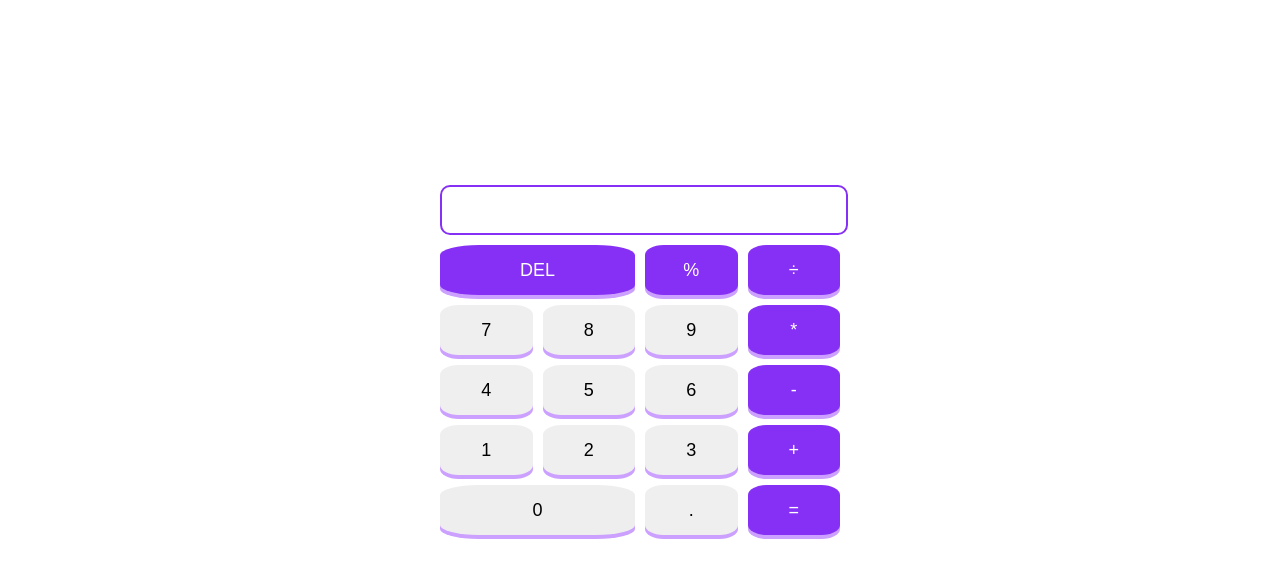
Repository: zlazlazla35/calculator
Page: /
These files come from the project's save history. The page is drawn as it stood at one moment and after the next save; the edit follows.
The browser window is 1280 px wide. The pictures show the whole page.
The project was rebuilt for these pictures with package versions that can differ from the ones it lists, and the page was loaded fresh each time.

Above is the page before, as saved 2024-10-15 16:18:23.

### public/index.html
<!DOCTYPE html>
<html lang="en">
  <head>
    <meta charset="utf-8" />
    <link rel="icon" href="%PUBLIC_URL%/favicon.png" />
    <meta name="viewport" content="width=device-width, initial-scale=1" />
    <meta name="theme-color" content="#000000" />
    <meta
      name="description"
      content="Web site created using create-react-app"
    />
    <link rel="apple-touch-icon" href="%PUBLIC_URL%/logo192.png" />
    <!--
      manifest.json provides metadata used when your web app is installed on a
      user's mobile device or desktop. See https://developers.google.com/web/fundamentals/web-app-manifest/
    -->
    <link rel="manifest" href="%PUBLIC_URL%/manifest.json" />
    <!--
      Notice the use of %PUBLIC_URL% in the tags above.
      It will be replaced with the URL of the `public` folder during the build.
      Only files inside the `public` folder can be referenced from the HTML.

      Unlike "/favicon.ico" or "favicon.ico", "%PUBLIC_URL%/favicon.ico" will
      work correctly both with client-side routing and a non-root public URL.
      Learn how to configure a non-root public URL by running `npm run build`.
    -->
    <title>계산기</title>
  </head>
  <body>
    <noscript>You need to enable JavaScript to run this app.</noscript>
    <div id="root"></div>
    <!--
      This HTML file is a template.
      If you open it directly in the browser, you will see an empty page.

      You can add webfonts, meta tags, or analytics to this file.
      The build step will place the bundled scripts into the <body> tag.

      To begin the development, run `npm start` or `yarn start`.
      To create a production bundle, use `npm run build` or `yarn build`.
    -->
  </body>
</html>

### src/App.js
import styled from "styled-components";
import './App.css';
import {  useEffect, useRef, useState } from 'react';

let Calculating = styled.div`
  width : 100%;
  margin : 0 auto;
`

let Btnbox = styled.div`
  width : 100%
  background-color: #fff;
  font-size : 18px;
  border-radius: 35%;
  display: grid;
  grid-template-columns: repeat(4, 1fr);
  gap : 10px 10px;
`

let Btn = styled.button`
  width : 100%;
  background-color: ${ props => props.bg };
  color : ${props =>  props.bg == '#8630f5' ? '#fff' :  '#000'  };
  font-size : 18px;
  border-radius: 20%;
  height : 50px;
  border: none;
  box-shadow:0px 4px 0px #cca0ff;
  transition-duration: 0.3s;
`

let ZeroBtn = styled.button`
  width : 100%;
  background-color: #eee;
  font-size : 18px;
  border-radius: 20%;
  height : 50px;
  border: none;
  box-shadow:0px 4px 0px #cca0ff;
  transition-duration: 0.3s;
  grid-column: 1/3;
`




function App() {

  const [num, setNum] = useState("");
  const [afterNum, setAfterNum] = useState("");

  const [oper, setOper] = useState("");
  const [oper2, setOper2] = useState(false);
  const output = useRef();
  const active = `active`



  const getNum = (e)=>{
    if(oper2 == false){
      setNum( (prev) => prev + e.target.value );
    }

    if(oper2 == true){
      setAfterNum( (prev) => prev + e.target.value  )
    }

  }

  const getOper = (e)=>{
    setOper( () => e.target.value );
    setOper2(true);

      calResult();
      click(e.target )
  }


  const calResult = ()=>{
    switch(oper){
      case '+':
        let result = num
        result =  Number(num) + Number(afterNum)
        setNum(result);
        setAfterNum("")
        break;

      case '-':
        let result2 = num
        result2 =  Number(num) - Number(afterNum)
        setNum(result2)
        setAfterNum("")
        break;

      case '*':
        let result3 = num
        result3 =  Number(num) * Number(afterNum)
        setNum(result3)
        setAfterNum("")
        break;

      case '÷':
        let result4 = num
        result4 =  Number(num) / Number(afterNum)
        setNum(result4)
        setAfterNum("")
        break;

    }

  }


  useEffect(()=>{
    if(oper == "="){
      setOper("")
    }if(oper == "del"){
      setNum("");
      setAfterNum("");
      setOper("");
      setOper2(false);
      output.current.style.color = '#fff'
    }else{
            output.current.style.color = '#232323'
    }
  }, [oper])



  // useEffect(()=>{
  //   console.log(output.current)
  // }, [output])

  function click(a){
    a.classList.add(active);
    // console.log(a.classList.add(active))
  }


  return (
    <div className="App">
      <div className="contents">
        <Calculating>
            <input className="output" ref={output} value={ num + oper  + afterNum  }/>
          <Btnbox>
            {/* <Btn value='ac' onClick={getOper} bg="#8630f5">AC</Btn> */}
            <Btn value='del' style={{gridColumn : '1/3'}} onClick={getOper} bg="#8630f5">DEL</Btn>
            <Btn value='%' onClick={getOper} bg="#8630f5">%</Btn>
            <Btn value='÷' onClick={getOper} bg="#8630f5">÷</Btn>
            <Btn value={7} onClick={getNum}>7</Btn>
            <Btn value={8} onClick={getNum}>8</Btn>
            <Btn value={9} onClick={getNum}>9</Btn>
            <Btn value='*' onClick={getOper}  bg="#8630f5">*</Btn>
            <Btn value={4} onClick={getNum}>4</Btn>
            <Btn value={5} onClick={getNum}>5</Btn>
            <Btn value={6} onClick={getNum}>6</Btn>
            <Btn value='-'  onClick={getOper}  bg="#8630f5">-</Btn>
            <Btn value={1} onClick={getNum}>1</Btn>
            <Btn value={2} onClick={getNum}>2</Btn>
            <Btn value={3} onClick={getNum}>3</Btn>
            <Btn value="+"  onClick={getOper} bg="#8630f5">+</Btn>
            <ZeroBtn value={0} onClick={getNum}>0</ZeroBtn>
            <Btn value='.' onClick={getNum}>.</Btn>
            <Btn value='='  onClick={getOper} bg="#8630f5"> =</Btn>
          </Btnbox>
        </Calculating>
      </div>
    </div>
  );
}

export default App;

// 버튼 클릭시 그 버튼한테 active 클레스명 잠깐 붙였다가 떼어주기

### src/App.css
.App {
  text-align: center;
}

.App-logo {
  height: 40vmin;
  pointer-events: none;
}

@media (prefers-reduced-motion: no-preference) {
  .App-logo {
    animation: App-logo-spin infinite 20s linear;
  }
}

.App-header {
  background-color: #282c34;
  min-height: 100vh;
  display: flex;
  flex-direction: column;
  align-items: center;
  justify-content: center;
  font-size: calc(10px + 2vmin);
  color: white;
}

.App-link {
  color: #61dafb;
}

@keyframes App-logo-spin {
  from {
    transform: rotate(0deg);
  }
  to {
    transform: rotate(360deg);
  }
}
.App {width: 100%; height: 100vh; display: flex; align-items: center; justify-content: center;}
.contents {width: 100%; max-width: 400px; }
input {width: 100%; height: 44px; margin-bottom: 10px; border: 2px solid #8630f5; border-radius: 10px;}
input:focus {outline: #8630f5; }
.active {   box-shadow: 2px 2px 0 rgb(0,0,0,0.5) !important;
  position: relative;
  top:2px;
}

Loaded but not shown: src/index.js (common file); src/index.css (common file); src/reportWebVitals.js (common file)

After the next save:
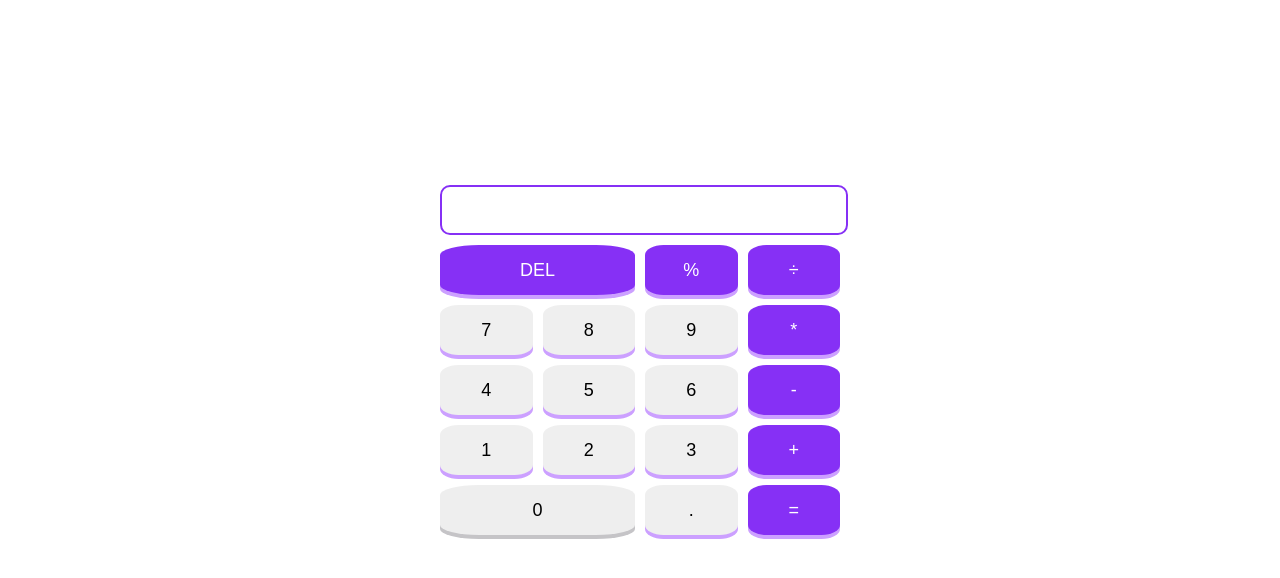
Saved 15 s later.
--- a/src/App.js
+++ b/src/App.js
@@ -36,7 +36,7 @@ let ZeroBtn = styled.button`
   border-radius: 20%;
   height : 50px;
   border: none;
-  box-shadow:0px 4px 0px #cca0ff;
+  box-shadow:0px 4px 0px #c5c4c7;
   transition-duration: 0.3s;
   grid-column: 1/3;
 `
